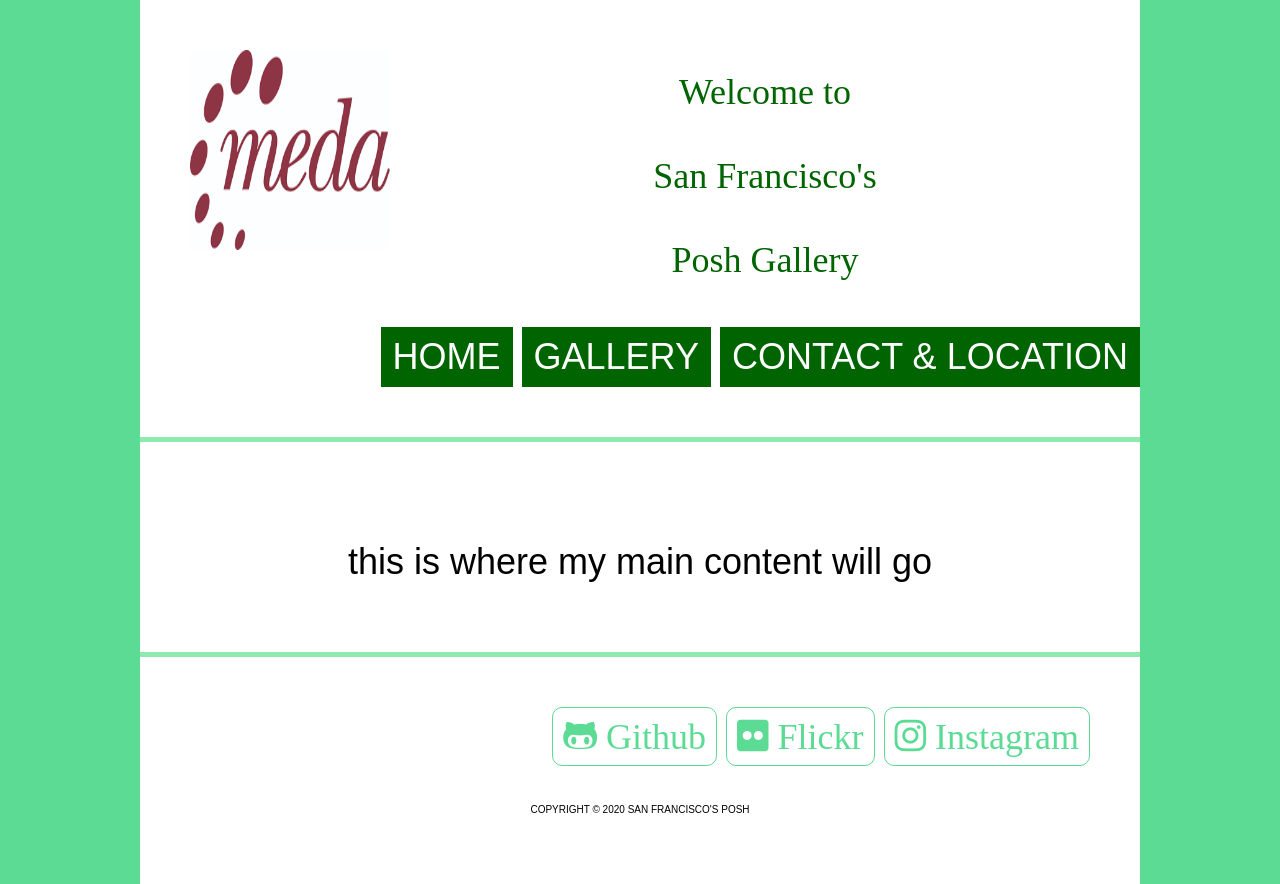
Repository: seleniadelgado/meda-spring2020-angie
Page: practice/html/week_4/multipage-css/index.html
An editor plug-in stored every save of this project. The page is shown before and after the next save, followed by the edit.
The browser window is 1280 px wide. The pictures show the whole page.

Above is the page before, as saved 2020-02-12 10:56:01.

After the next save:
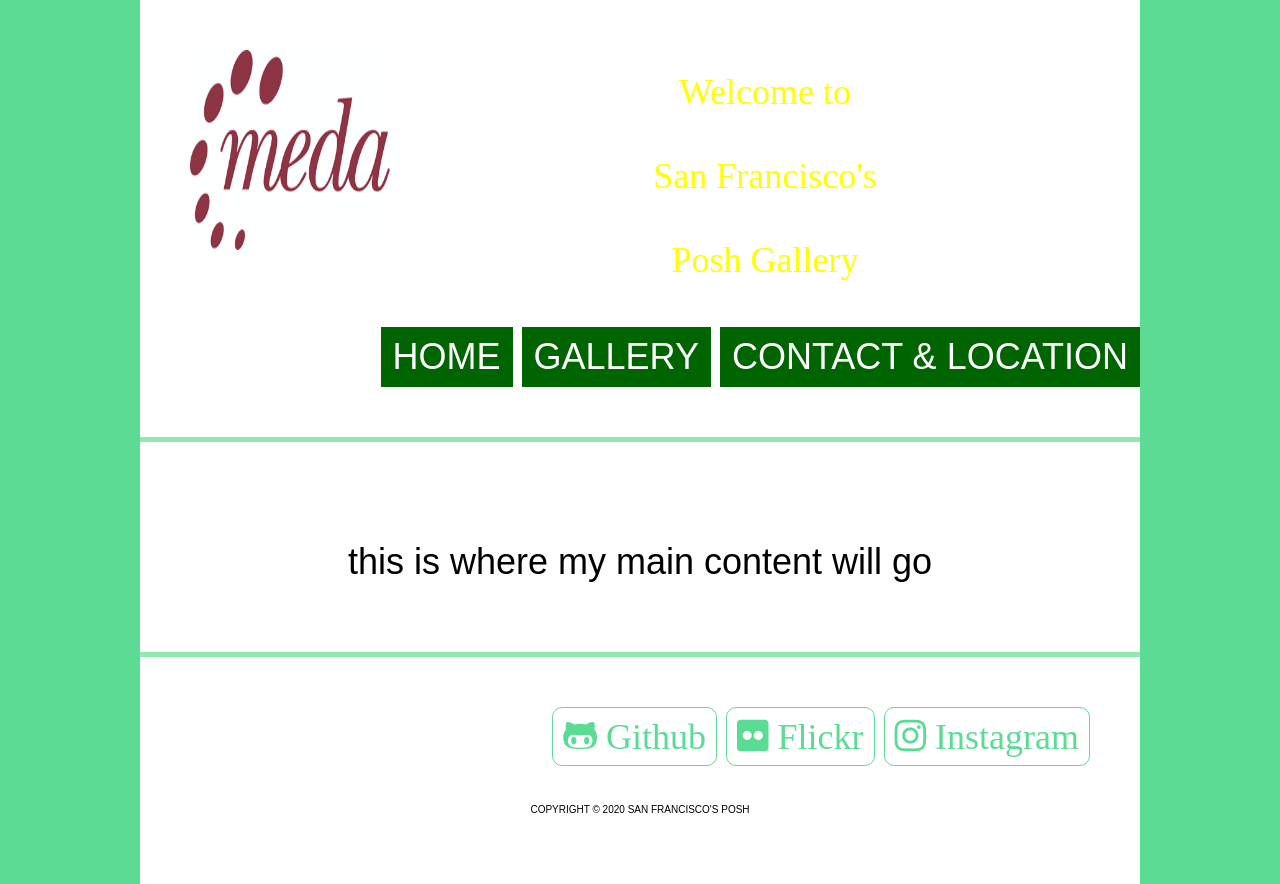
Saved 12 s later.
--- a/practice/html/week_4/multipage-css/styles/style.css
+++ b/practice/html/week_4/multipage-css/styles/style.css
@@ -21,7 +21,7 @@
     font-family: "Zapfino";
     font-size: "48px";
     text-align: center;
-    color: darkgreen;
+    color: yellow;
     text-shadow: darkolivegreen;
     line-height: 84px;
 }
